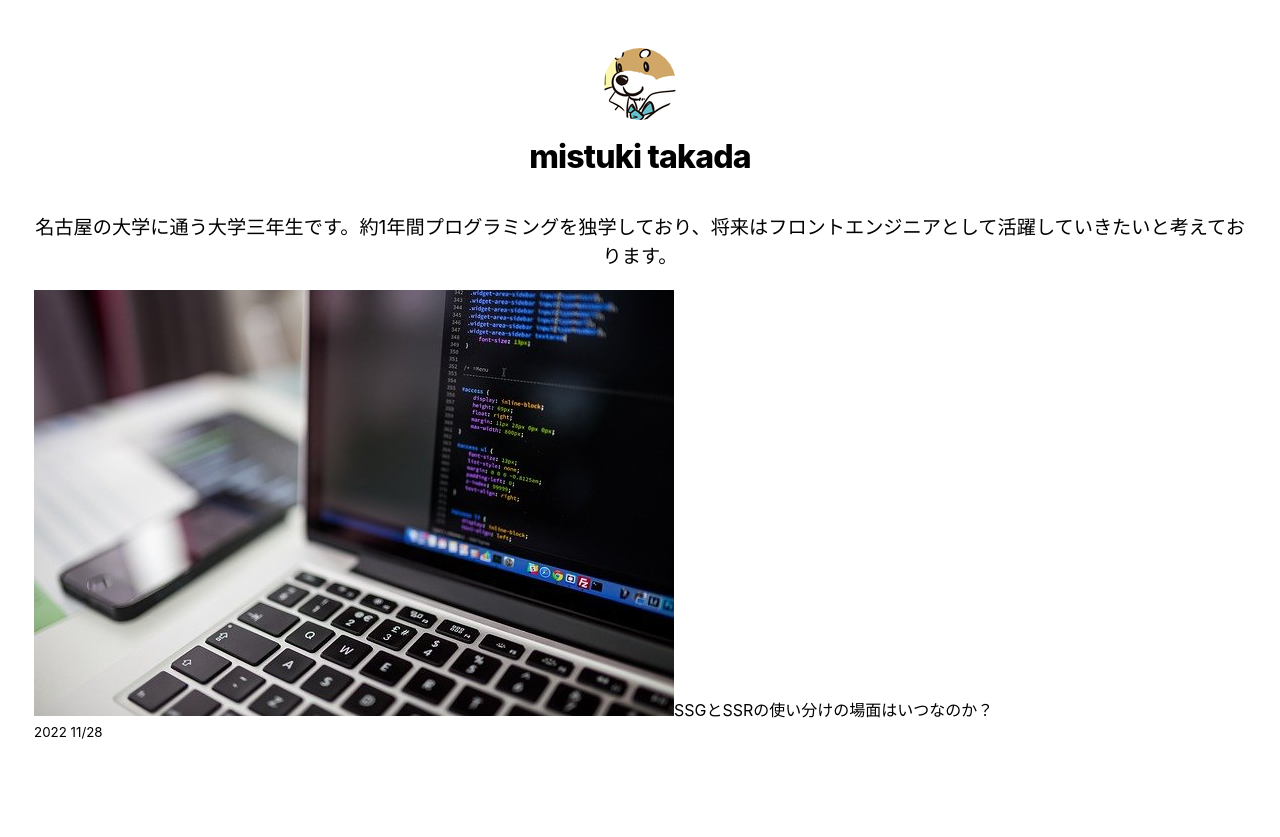
Repository: MitukiTakada/next-practice
Page: /
These files come from the project's save history. The page is drawn as it stood at one moment and after the next save; the edit follows.
The browser window is 1280 px wide. The pictures show the whole page.
The project was rebuilt for these pictures with package versions that can differ from the ones it lists, and the page was loaded fresh each time. The framework's server and built-in components were replaced by stand-ins that run in the browser. Also part of the build but not shown: next.config.js, styles/Home.module.css.

Above is the page before, as saved 2022-10-01 11:40:43.

### pages/index.js
import Head from 'next/head'
import Image from 'next/image'
import Link from 'next/link'
import Layout from '../components/Layout'
import styles from '../styles/Home.module.css'
import utilStyle from "../styles/utils.module.css"

export default function Home() {
  return (
    <Layout>
      <section className={utilStyle.headingMd}>
        <p>名古屋の大学に通う大学三年生です。約1年間プログラミングを独学しており、将来はフロントエンジニアとして活躍していきたいと考えております。</p>
      </section>
      <section>
        <h2></h2>
        <div>
          <article>
            <Link href="/">
              <img src="/images/thumbnail01.jpg"/>
            </Link>
            <Link href="/">
              <a>SSGとSSRの使い分けの場面はいつなのか？</a>
            </Link>
            <br/>
            <small>2022 11/28</small>
          </article>
        </div>
      </section>

    </Layout>
  )
}

### components/Layout.js
import Head from "next/head";
import styles from "./layout.module.css"
import utilStyles from "../styles/utils.module.css"
export const sitteTitle = "Next.js blog"

function Layout(props) {
  const {children} = props;
  return (
    <div className={styles.container}>
      <Head>
        <link rel="icon" href="/favicon.ico"/>
      </Head>
      <header className={styles.header}>
        <img src="/profile.png" className={utilStyles.borderCircle} />
        <h1 className={utilStyles.headingXl}>mistuki takada</h1>
      </header>
      <main>{children}</main>
    </div>
  );
}

export default Layout;

### styles/utils.module.css
.heading2Xl {
  font-size: 2.5rem;
  line-height: 1.2;
  font-weight: 800;
  letter-spacing: -0.05rem;
  margin-top: 1rem;
  margin-bottom: 0;
}

.headingXl {
  font-size: 2rem;
  line-height: 1.3;
  font-weight: 800;
  letter-spacing: -0.05rem;
  margin: 1rem 0;
}

.headingLg {
  font-size: 2rem;
  line-height: 1.4;
  margin-top: 0;
  font-weight: 500;
}

.headingMd {
  font-size: 1.2rem;
  line-height: 1.5;
  text-align: center;
}

.borderCircle {
  border-radius: 1000px;
}

.colorInherit {
  color: inherit;
}

.padding1px {
  padding-top: 1px;
}

.list {
  list-style: none;
  padding: 0;
  margin: 0;
}

.listItem {
  margin: 0 0 1.25rem;
}

.lightText {
  color: #999;
}

.boldText {
  color: black;
  font-weight: 550;
}

### components/layout.module.css
.container {
  max-width: 1244px;
  padding: 0 1rem;
  margin: 3rem auto 6rem;
}

.header {
  display: flex;
  flex-direction: column;
  align-items: center;
}

.headerImage {
  width: 6rem;
  height: 6rem;
}

.headerHomeImage {
  width: 8rem;
  height: 8rem;
}

.backToHome {
  margin: 3rem 0 0;
}

Loaded but not shown: pages/_app.js (common file); styles/globals.css (common file)

After the next save:
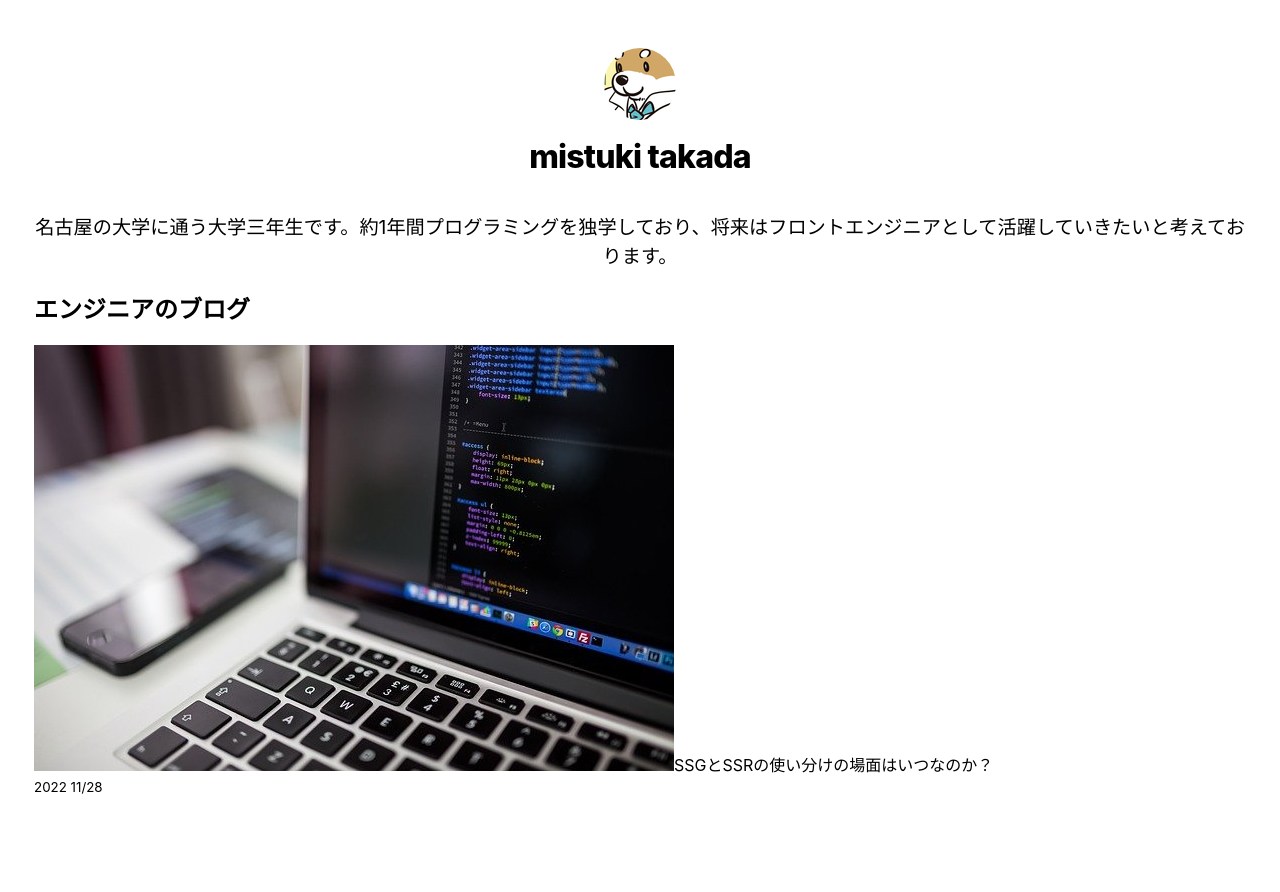
Saved 5 s later.
--- a/pages/index.js
+++ b/pages/index.js
@@ -12,7 +12,7 @@
         <p>名古屋の大学に通う大学三年生です。約1年間プログラミングを独学しており、将来はフロントエンジニアとして活躍していきたいと考えております。</p>
       </section>
       <section>
-        <h2></h2>
+        <h2>エンジニアのブログ</h2>
         <div>
           <article>
             <Link href="/">
